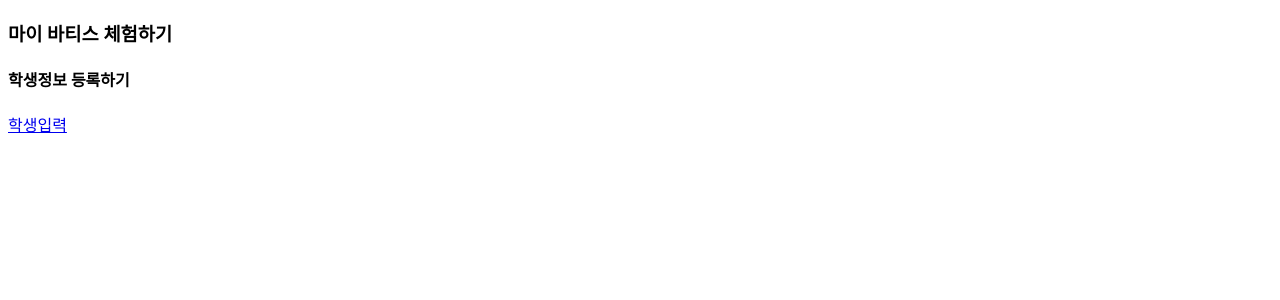
Repository: Jiwon-cho/Mybatis_Practice
Page: http://localhost/01_mybatis/
These files come from the project's save history. The page is drawn as it stood at one moment and after the next save; the edit follows.
The browser window is 1280 px wide. The pictures show the whole page.
The page is served by Tomcat 9. Other server files are loaded and not shown.

Above is the page before, as saved 2021-06-23 08:02:50.

### 01_mybatis/web/index.jsp
<%@ page language="java" contentType="text/html; charset=UTF-8"
    pageEncoding="UTF-8"%>
<%@ taglib prefix="c" uri="http://java.sun.com/jsp/jstl/core" %>
<%@ taglib prefix="fmt" uri="http://java.sun.com/jsp/jstl/fmt" %>
<%@ taglib prefix="fn" uri="http://java.sun.com/jsp/jstl/functions" %>
<c:set var="path" value="${pageContext.request.contextPath }"/>
<!DOCTYPE html>
<html>
<head>
<meta charset="UTF-8">
<title>마이바티스 사용하기</title>
</head>
<body>
	<h3>마이 바티스 체험하기</h3>
	<h4>학생정보 등록하기</h4>
	<a href="${path }/insertStudent">학생입력</a>

</body>
</html>

After the next save:
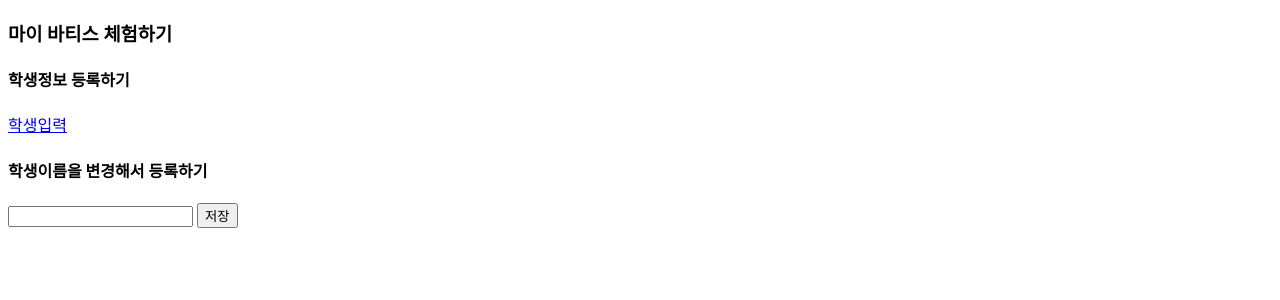
Saved 15 min 32 s later.
--- a/01_mybatis/web/index.jsp
+++ b/01_mybatis/web/index.jsp
@@ -14,6 +14,10 @@
 	<h3>마이 바티스 체험하기</h3>
 	<h4>학생정보 등록하기</h4>
 	<a href="${path }/insertStudent">학생입력</a>
-
+	<h4>학생이름을 변경해서 등록하기</h4>
+	<form action="${path }/insertStudentName" method="post">
+	<input type="text" name="name">
+	<input type="submit" value="저장">
+	</form>
 </body>
 </html>
